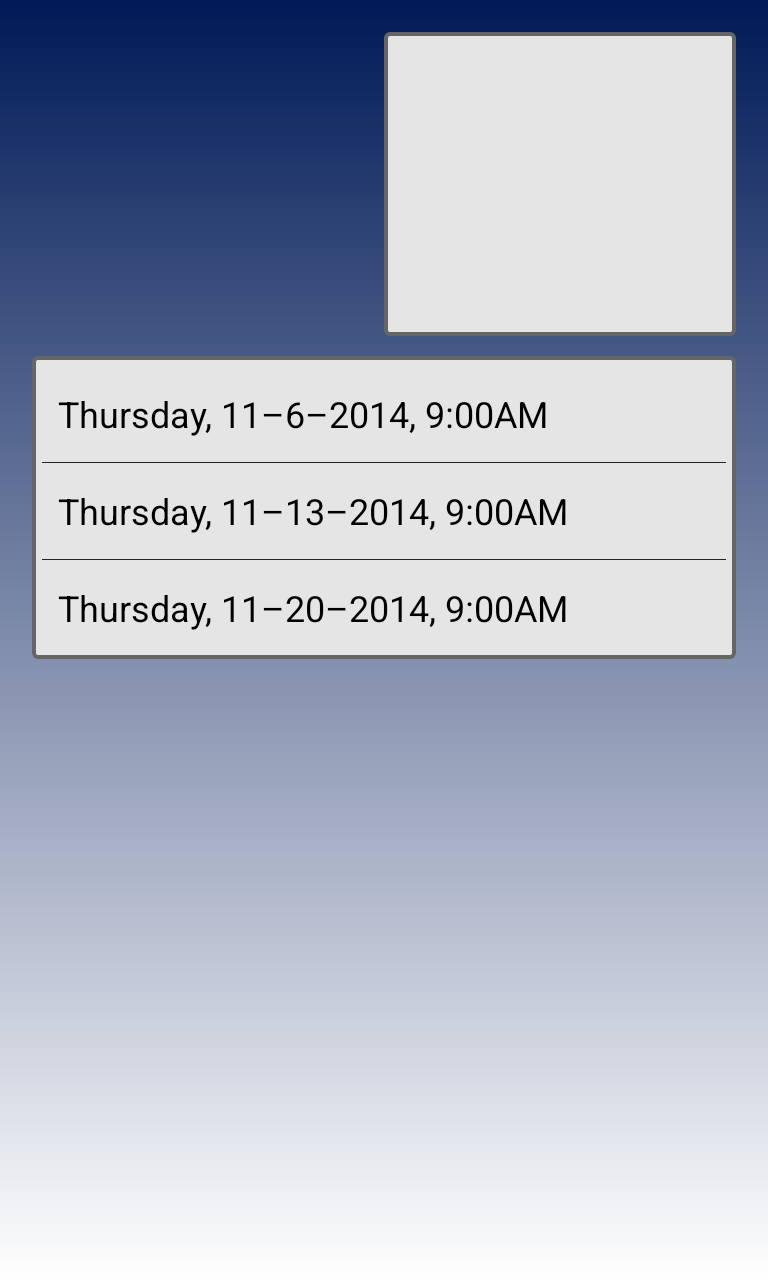
Repository: duke-compsci408-fall2014/GlassRx
Layout: AndroidRx/res/layout/activity_patient_medication.xml
The author's editor kept a copy of each file at every save. The layout is drawn from the files as they stood at one save, then again after the next save.
It is drawn on a 768 x 1280 px phone screen (xhdpi) without system bars, with theme AppTheme; the app's code is not run. Lists and similar views that code fills are empty.

Above is the layout before, as saved 2014-12-10 03:11:29.

After the next save:
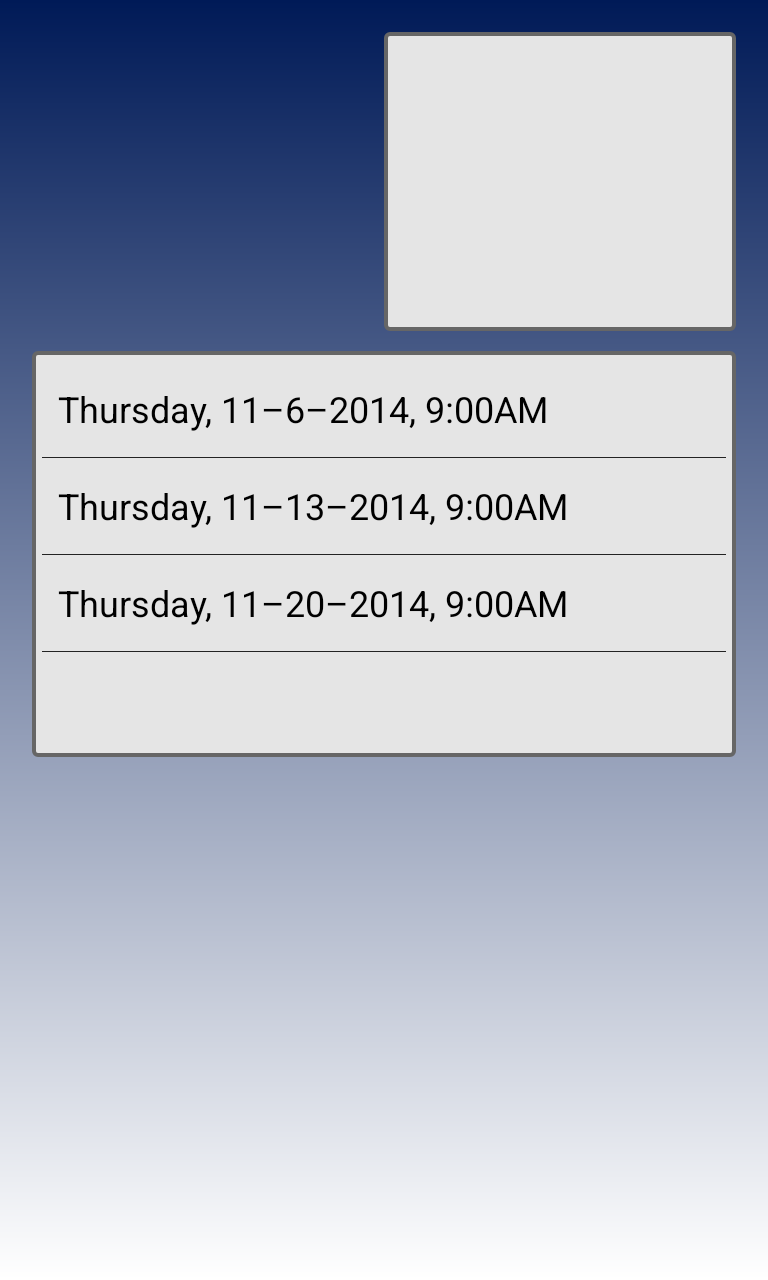
Saved 28 s later.
--- a/AndroidRx/res/layout/activity_patient_medication.xml
+++ b/AndroidRx/res/layout/activity_patient_medication.xml
@@ -36,26 +36,16 @@
 
     </LinearLayout>
 
-
-    <LinearLayout
-        android:layout_width="match_parent"
-        android:layout_height="0dp"
-        android:layout_weight=".75"
-        android:orientation="vertical"
-        android:weightSum="1" >
+    <ListView
+	     android:id="@+id/listview_med_events"
+	     android:layout_width="match_parent"
+	     android:layout_height="0dp"
+	  	 android:layout_weight=".34"
+	     android:layout_marginTop="10dp"
+	     android:entries="@array/alarm_array" >
+	 </ListView>
 
 
-
-        <ListView
-	        android:id="@+id/listview_med_events"
-	        android:layout_width="match_parent"
-	        android:layout_height="0dp"
-		    android:layout_weight=".34"
-	        android:layout_marginTop="10dp"
-	        android:entries="@array/alarm_array" >
-	    </ListView>
-
-    </LinearLayout>
 
 
 
